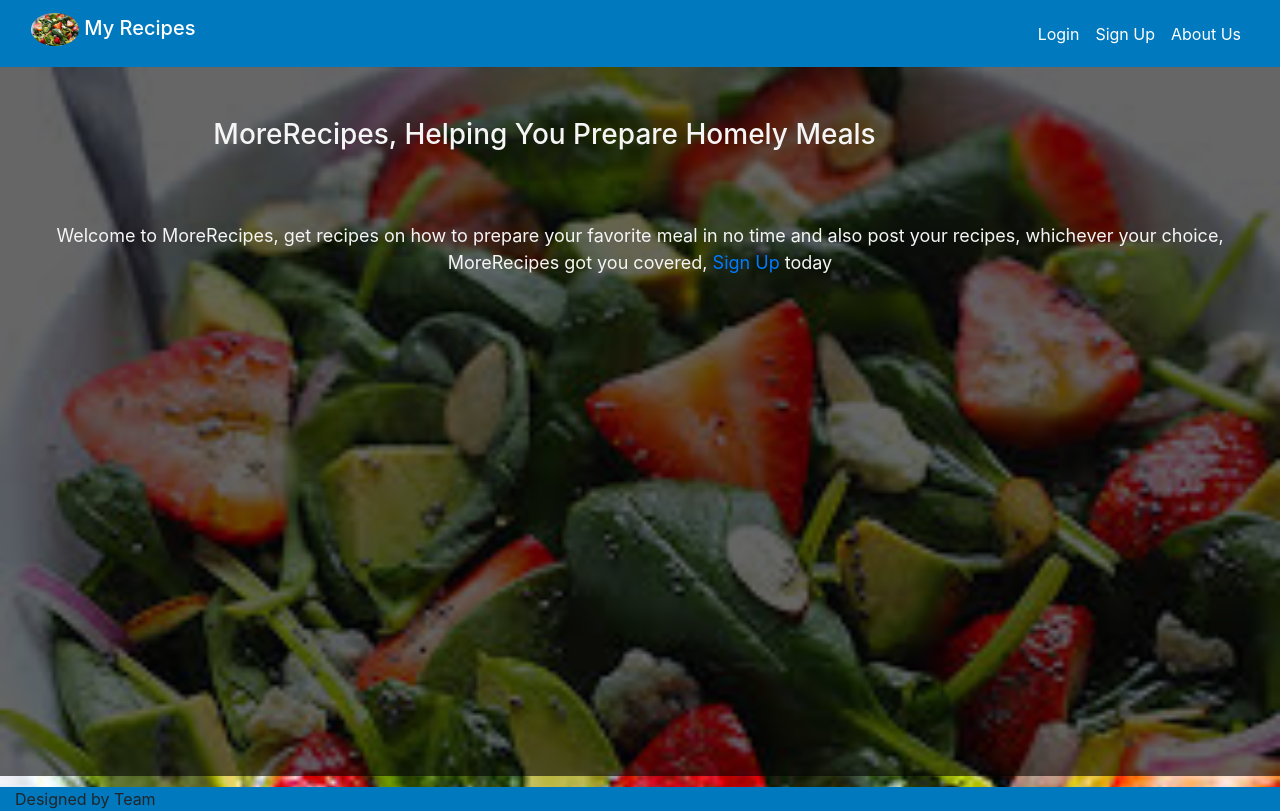
Repository: UggoPrince/more-recipes
Page: html/index.html
An editor plug-in stored every save of this project. The page is shown before and after the next save, followed by the edit.
The browser window is 1280 px wide. The page is 1280 px wide, then 1285 px, so the pictures cover 1285 px, including what lies to the right of the window. The pictures show the whole page.

Above is the page before, as saved 2018-07-30 07:23:51.

After the next save:
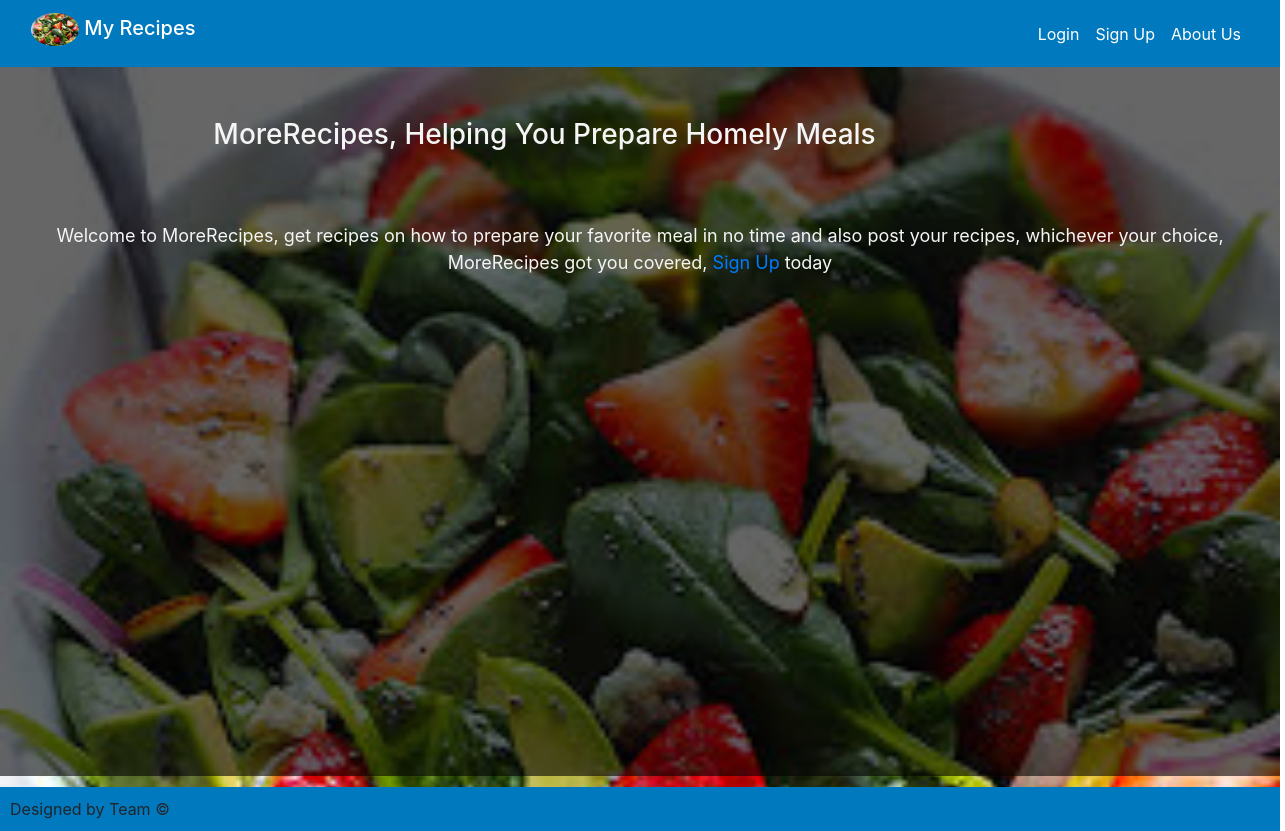
Saved 37 s later.
--- a/html/index.html
+++ b/html/index.html
@@ -66,9 +66,9 @@
       </center>
     </main>
   </div>
-  <footer class="container-fluid" style="background-color: #0079be;">
+  <footer class="container-fluid" style="background-color: #0079be; padding: 10px;">
     <div class="row">
-      <div class="col-4">Designed by Team</div>
+      <div class="col-4">Designed by Team &copy;</div>
     </div>
   </footer>
 </body>
